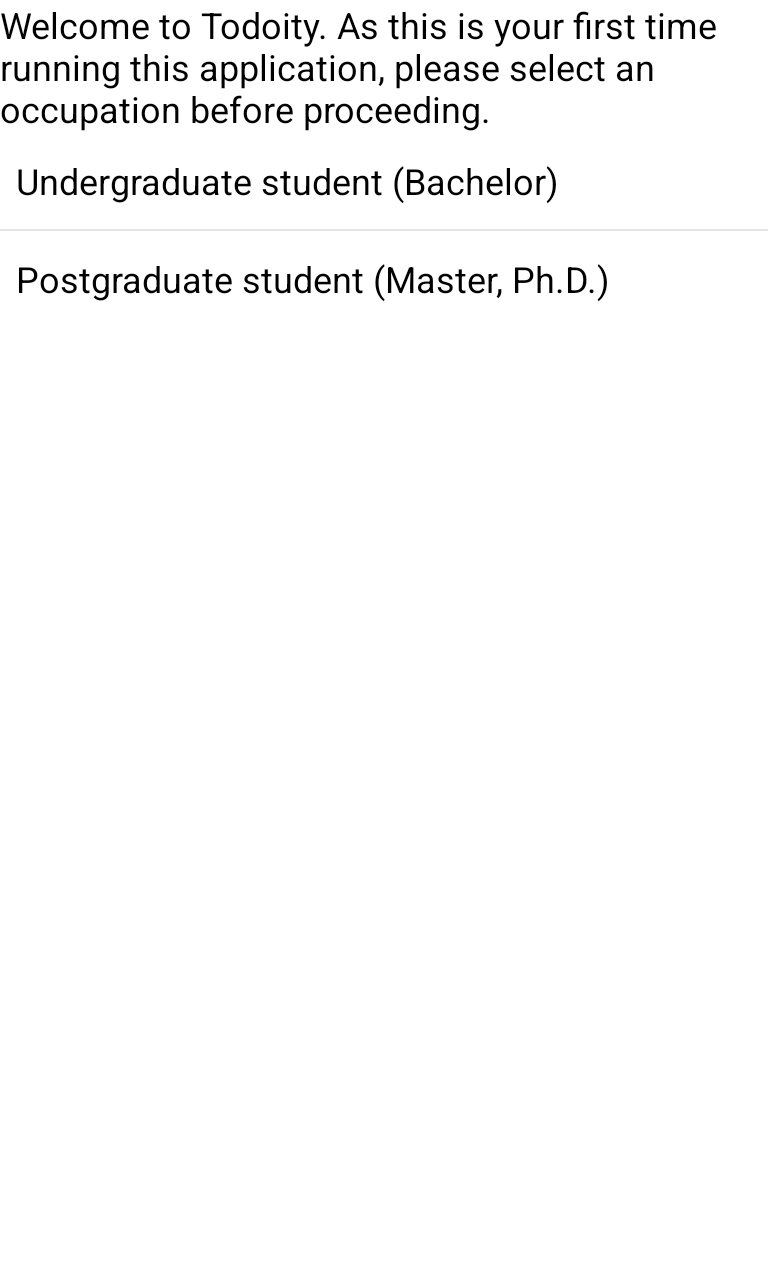
Repository: larserikstrand/IMT4904-Master
Layout: Todoity/res/layout/dialog_welcome.xml
The author's editor kept a copy of each file at every save. The layout is drawn from the files as they stood at one save, then again after a run of saves.
It is drawn on a 768 x 1280 px phone screen (xhdpi) without system bars, with theme android:Theme.Holo.Light; the app's code is not run. Lists and similar views that code fills are empty.

Above is the layout before, as saved 2014-02-27 10:28:59.

### Todoity/res/layout/dialog_welcome.xml
<?xml version="1.0" encoding="utf-8"?>
<LinearLayout xmlns:android="http://schemas.android.com/apk/res/android"
    android:layout_width="match_parent"
    android:layout_height="match_parent"
    android:orientation="vertical" >

    <TextView android:layout_width="wrap_content"
        android:layout_height="wrap_content"
        android:text="@string/welcome_message"
        android:textAppearance="?android:attr/textAppearanceMedium" />

    <ListView android:layout_width="wrap_content"
        android:layout_height="wrap_content"
        android:entries="@array/pref_occupation_values" />

</LinearLayout>

### Todoity/res/values/strings.xml
<?xml version="1.0" encoding="utf-8"?>
<resources>

    <!-- Titles -->
    <string name="app_name">Todoity</string>
    <string name="title_activity_list">ListActivity</string>
    <string name="title_activity_new_task">New Task</string>
    <string name="title_activity_map">Map</string>
    <string name="title_activity_settings">Settings</string>
    <string name="title_activity_about">About</string>

    <!-- Menu -->
    <string name="action_settings">Settings</string>
    <string name="action_about">About</string>

    <!-- General -->
    <string name="owner">Owner: Lars Erik Strand</string>
    <string name="today">Today</string>
    <string name="week">Week</string>
    <string name="all_tasks">All Tasks</string>
    <string name="task">Task</string>
    <string name="new_task_list">New List</string>
    <string name="new_task">New Task</string>
    <string name="edit_list">Edit List</string>
    <string name="edit">Edit</string>
    <string name="delete">Delete</string>
    <string name="delete_task">Delete task</string>
    <string name="discard">Discard</string>
    <string name="set_date">Set date</string>
    <string name="save">Save</string>
    <string name="done">Done</string>
    <string name="location">Location</string>
    <string name="location_hint">Enter location</string>
    <string name="pinpoint">or pinpoint location on map</string>
    <string name="task_description_hint">Task description</string>
    <string name="time">Time</string>
    <string name="fixed_time">Fixed time</string>
    <string name="from">From</string>
    <string name="to">To</string>
    <string name="divider">-</string>
    <string name="start">Start</string>
    <string name="pause">Pause</string>
    <string name="finished">Finished</string>
    <string name="confirm">Confirm</string>
    <string name="add">Add</string>
    <string name="occupation">Occupation</string>
    <string name="move_task">Move task to another day</string>
    <string name="welcome">Welcome</string>

    <!-- Messages/Alerts -->
    <string name="set_location_message">You must choose a location for your task.</string>
    <string name="set_category_message">You must enter a task category.</string>
    <string name="set_date_message">You must enter a date.</string>
    <string name="set_time_message">This task has a fixed time. You must set the start and end time of the task.</string>
    <string name="save_message">Saving. Please wait&#8230;</string>
    <string name="discard_list_message">Are you sure you want do discard this list?</string>
    <string name="delete_list_message">Are you sure you want to delete this list?</string>
    <string name="welcome_message">Welcome to Todoity. As this is your first time running this application, please select an occupation before proceeding.</string>
    <string name="no_tasks_message">You haven\'t entered any tasks to save.</string>
    <string name="existing_list_message">A list with this date already exist. Do you wish to add tasks to the existing list or delete the existing list?</string>
    <string name="about_message">Todoity is developed as a Master thesis project at Gjøvik University College. It\'s purpose is not only to keep track of your tasks but also to gather contextual information as you do the tasks in order to give you future task recommendations.</string>

    <!-- Service -->
    <string name="service_notification_title">MTP Context Service:</string>
    <string name="service_notification_message">Collecting contexts</string>

    <!-- Preferences -->
    <string name="pref_context_storage">Context Storage</string>
    <string name="pref_occupation_default">None</string>
    <string name="pref_context_storage_summ">Allow application to collect and store context information</string>

    <!-- Arrays -->


    <!-- Occupation task templates -->
    <string-array name="undergraduate_tasks_array">
        <item>Attend lecture</item>
        <item>Write report</item>
        <item>Do course exercises</item>
        <item>Meeting</item>
        <item>Group work</item>
        <item>Other</item>
    </string-array>
    <string-array name="postgraduate_tasks_array">
        <item>Write thesis</item>
        <item>Meeting</item>
    </string-array>

    <!-- Occupation types -->
    <string-array name="pref_occupation_values">
        <item>Undergraduate student (Bachelor)</item>
        <item>Postgraduate student (Master, Ph.D.)</item>
    </string-array>


    <!-- Colors -->
    <color name="lightgreen">#2200ff00</color>
    <color name="lightgrey">#55aaaaaa</color>

</resources>

After the next 2 saves:
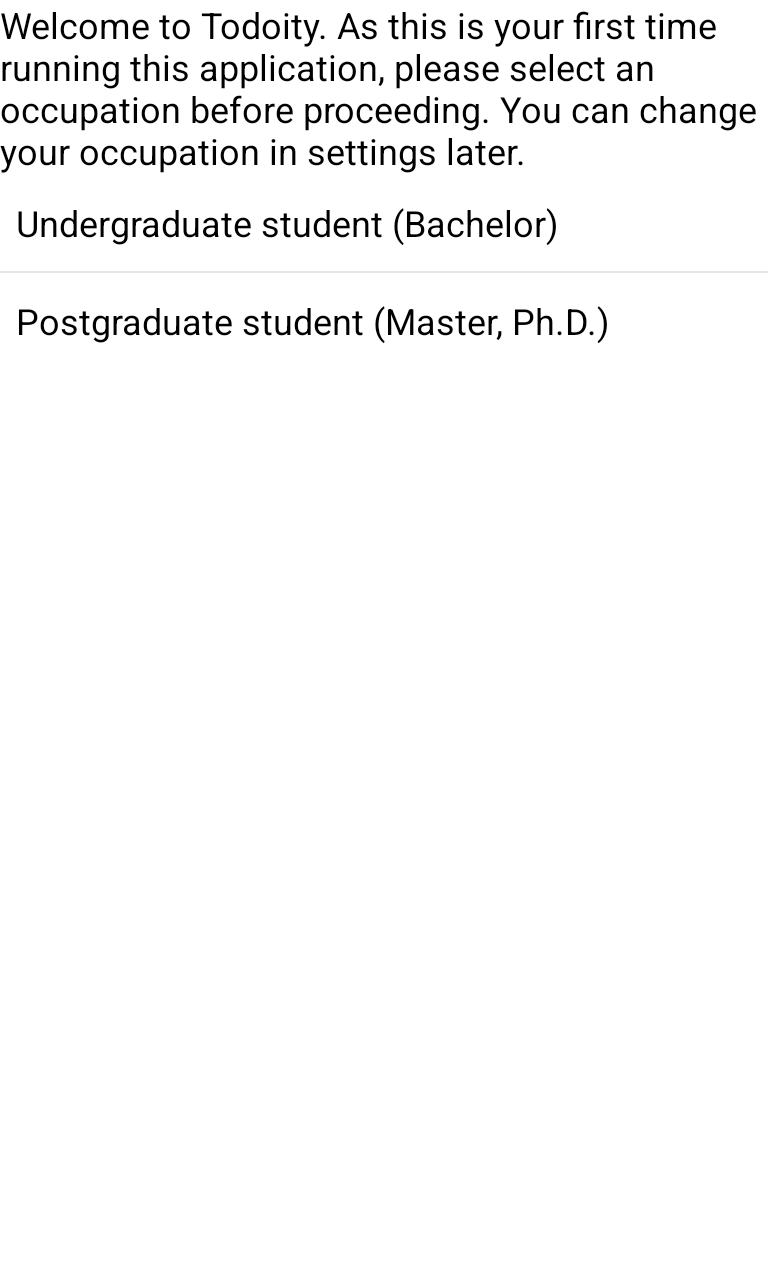
The 2 saves are shown as one change because they came seconds apart.
The last was saved 91 s later.
--- a/Todoity/res/values/strings.xml
+++ b/Todoity/res/values/strings.xml
@@ -55,7 +55,7 @@
     <string name="save_message">Saving. Please wait&#8230;</string>
     <string name="discard_list_message">Are you sure you want do discard this list?</string>
     <string name="delete_list_message">Are you sure you want to delete this list?</string>
-    <string name="welcome_message">Welcome to Todoity. As this is your first time running this application, please select an occupation before proceeding.</string>
+    <string name="welcome_message">Welcome to Todoity. As this is your first time running this application, please select an occupation before proceeding. You can change your occupation in settings later.</string>
     <string name="no_tasks_message">You haven\'t entered any tasks to save.</string>
     <string name="existing_list_message">A list with this date already exist. Do you wish to add tasks to the existing list or delete the existing list?</string>
     <string name="about_message">Todoity is developed as a Master thesis project at Gjøvik University College. It\'s purpose is not only to keep track of your tasks but also to gather contextual information as you do the tasks in order to give you future task recommendations.</string>
